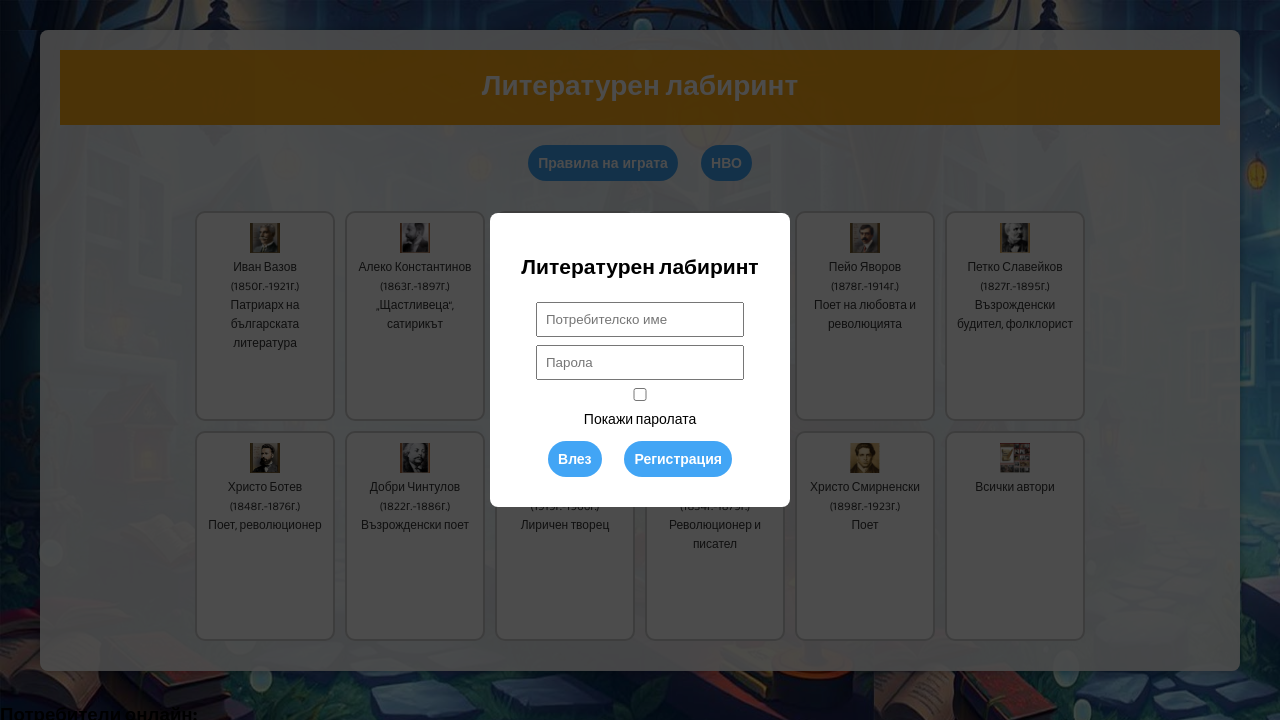
Repository: LY1177/litmaze
Page: public/index.html
These files come from the project's save history. The page is drawn as it stood at one moment and after a run of saves; the edit follows.
The browser window is 1280 px wide. The pictures show the window.
A layer covers the whole window, so only the first screen is drawn. Backgrounds fixed to the window are drawn as part of the page.

Above is the page before, as saved 2025-05-01 02:43:21.

After the next 4 saves:
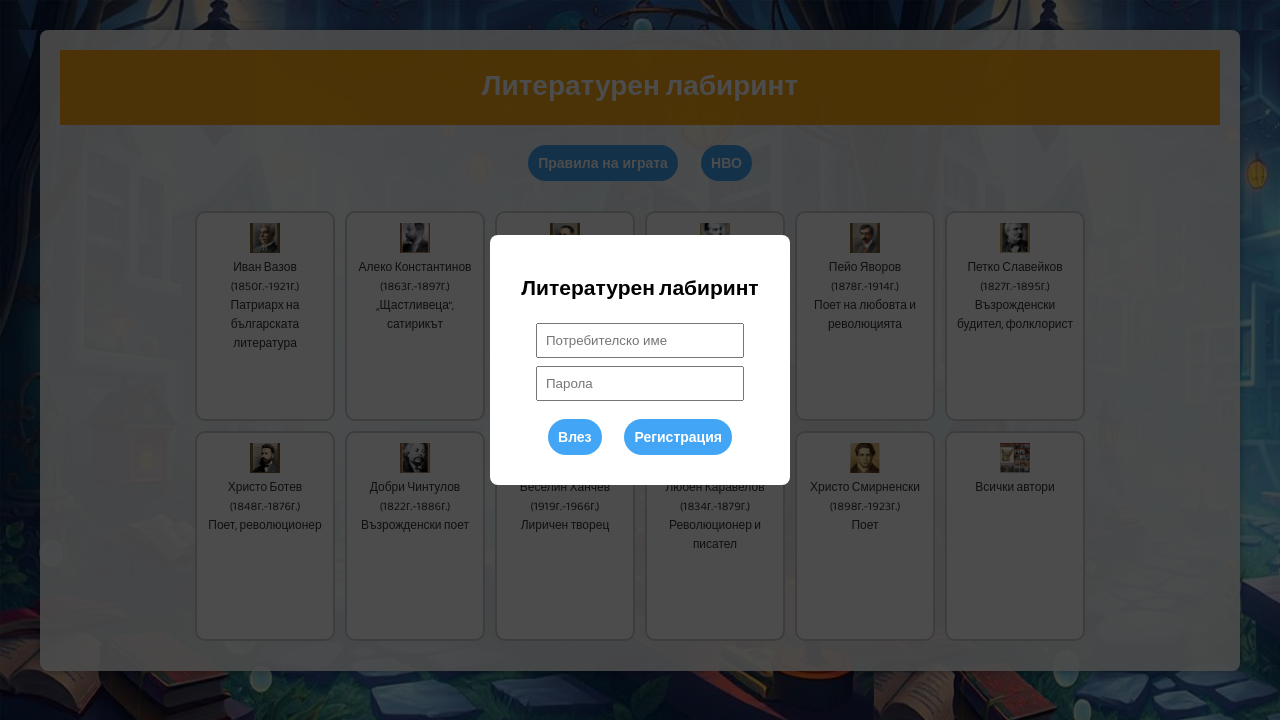
The 4 saves are shown as one change because they came seconds apart.
The last was saved 48 s later.
--- a/public/index.html
+++ b/public/index.html
@@ -20,10 +20,6 @@
         <h2>Литературен лабиринт</h2>
         <input type="text" id="username" placeholder="Потребителско име">
         <input type="password" id="password" placeholder="Парола">
-        <div class="show-password">
-          <input type="checkbox" id="show-password-checkbox">
-          <label for="show-password-checkbox">Покажи паролата</label>
-        </div>
         <button id="login-btn" class="btn">Влез</button>
         <button id="open-register-from-login" class="btn">Регистрация</button>
       </div>
@@ -346,8 +342,6 @@
   </div>
 </div>
 
-<h3>Потребители онлайн:</h3>
-<ul id="online-list"></ul>
 
 </body>
 </html>
